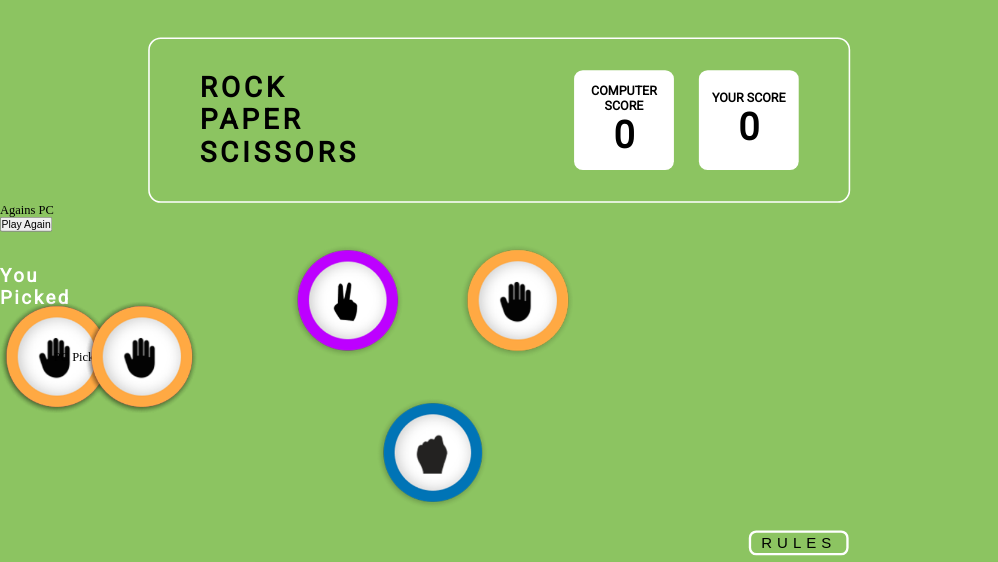
Repository: drumsmanku/Major-module-project-1
Page: index.html
These files come from the project's save history. The page is drawn as it stood at one moment and after the next save; the edit follows.
The browser window is 1280 px wide. The pictures show the whole page, at 78% of full size.

Above is the page before, as saved 2023-04-30 09:40:03.

### index.html
<!DOCTYPE html>
<html lang="en">
<head>
  <meta charset="UTF-8">
  <meta http-equiv="X-UA-Compatible" content="IE=edge">
  <meta name="viewport" content="width=device-width, initial-scale=1.0">
  <link rel="stylesheet" href="styles.css">
  <title>Module Project 1 </title>
</head>
<body>
  <div class="main-container">
    <div class="first-container">
      <div class="text">
        <h1>ROCK PAPER SCISSORS</h1>
      </div>
      <div class="two-boxes">
        <div class="computer-score">
          <h4>COMPUTER SCORE</h4>
          <h1>0</h1>
        </div>
        <div class="your-score">
          <h4>YOUR SCORE</h4>
          <h1>0</h1>
        </div>
      </div>

    </div>

    <div class="second-main-container">
      <div class="second-main-main-first-container ">
        <div class="second-first-main-container">
          <div class="two-buttons">
            <button class="btn-2"><img src="2.png" alt=""></button>
            <button class="btn-3"><img src="3.png" alt=""></button>
          </div>
          <button class="btn-1"> <img src="1.png" alt=""></button>
        </div>
        <div class="second-second-main-container">
          <div class="img-container">
            <img id="rules-img" src="4.png" alt="">
            <button id="my-btn">
              <p>X</p><img src="x.png" alt="">
            </button>
          </div>
        </div>

      </div>
       <div class="second-main-main-second-conainer">
         <div class="images-div">
          <p>You Picked</p>
          <img src="1.png" alt="">
          <img src="2.png" alt="">
          <img src="3.png" alt="">
        </div>
        <div class="who-won">
          <p class="won"></p>
          <p>Agains PC</p>
          <button class="play-again">Play Again</button>
        </div>
        <div class="images-div-for-pc">
          <p>PC Picked</p>
          <img src="1.png" alt="">
          <img src="2.png" alt="">
          <img src="3.png" alt="">
        </div>

       </div>
    </div>
    <div class="bottom-btn"><button id="rule-btn">RULES</button></div>

  </div>

  <script src="script.js"></script>
</body>
</html>

### styles.css
@import url('https://fonts.googleapis.com/css2?family=Roboto&display=swap');

*{
  padding: 0;
  margin: 0;
}

body{
  background-color: #8CC461;
}
.main-container{
  display: flex;
  flex-direction: column;
  align-items: center;
}
.first-container{
  height: 5rem;
  width: 60vw;
  border: 2px solid white;
  background: none;
  border-radius: 1rem;
  padding: 4rem;
  display: flex;
  flex-direction: row;
  align-items: center;
  justify-content: space-between;
  margin-top: 3rem;
}
.text{
  height: inherit;
  width: 20%;
  display: flex;
  flex-wrap: wrap;
  flex-direction: column;
  font-family: 'Roboto';
  letter-spacing: 0.3rem;
  font-size: large;
  justify-content: center;
  align-items: center;
}

.computer-score{
  display: flex;
  flex-direction: column;
  height: 8rem;
  width: 8rem;
  flex-wrap: wrap;
  font-family: 'Roboto';
  justify-content: center;
  align-items: center;
  background-color: white;
  text-align: center;
  border-radius: 0.7rem;
}
.computer-score>h1{
  font-weight: 800;
  font-size: 3rem;
}
.your-score{
  display: flex;
  flex-direction: column;
  height: 8rem;
  width: 8rem;
  flex-wrap: wrap;
  font-family: 'Roboto';
  justify-content: center;
  align-items: center;
  background-color: white;
  text-align: center;
  border-radius: 0.7rem;
  margin-left: 2rem;
}
.your-score>h1{
  font-weight: 800;
  font-size: 3rem;
}
.two-boxes{
  display: flex;
  flex-direction: row;
  justify-content: space-between;
}
.second-main-container{
  position: relative;
  width: 100vw;
}
.second-main-main-first-container{
  display: flex;
  flex-direction: row;
  justify-content: flex-end;
  width: 100vw;

}
.hide{
  display: none;
}
.second-first-main-container{
  display: flex;
  flex-direction: column;
  justify-content: flex-end;
  align-items: center;
  height: 55vh;
  width: 40vw;
}
.two-buttons{
  width: inherit;
  display: flex;
  flex-direction: row;
  justify-content: space-evenly;
  margin-bottom: 3rem;
}
.btn-1{
  background: none;
  border:none;
  cursor: pointer;
}
.btn-2{
  background: none;
  border:none;
  cursor: pointer;
}
.btn-3{
  background: none;
  border:none;
  cursor: pointer;
}
.second-first-main-container img{
  width: 9rem;
}

.second-second-main-container{
  display: flex;
  align-items: flex-end;
  margin-right: 12rem;
}
.second-second-main-container .img-container button{
  background: none;
  border: none;
  cursor: pointer;
  z-index: 999;
  position: absolute;
  top: -10%;
  left: 90%;
  bottom: 21rem;
  text-align: center;
  font-size:3.2rem;
  font-weight: bolder;
}
.second-second-main-container .img-container button>p{
  position: absolute;
  margin-left: 0.9rem;

  color: aliceblue;
  font-family: 'Roboto';
}
.img-container{
  position: relative;
  display: inline-block;
}
#rules-img, #my-btn{
  transform: scale(0);
}
#rules-img.appear{
  animation: open 0.4s ease-in-out forwards;
  transform-origin: top right;
}
#my-btn.appear{
  animation: open 0.1s ease-in-out 0.3s forwards;

}
#rules-img.disappear{
  animation: close 0.4s ease-in-out forwards;
  transform-origin: top right;
}
#my-btn.disappear{
  animation:close 0.1s ease-in-out 0.3s forwards;
}
@keyframes open{
  from{
    transform: scale(0);
  }
  to{
    transform: scale(1);
  }
}
@keyframes close{
  from{
    transform: scale(1);
  }
  to{
    transform: scale(0);
  }
}

#rule-btn{
  background: none;
  border: 3px solid white;
  border-radius: 0.6rem;
  height: 2rem;
  width: 8rem;
  font-size:1.2rem;
  letter-spacing: 0.4rem;
  cursor: pointer;
}
.bottom-btn{
  width: 100vw;
  display: flex;
  justify-content: flex-end;
  margin-top: 1.5rem;

}
.bottom-btn button{
  margin-right: 12rem;
}

.images-div{
  position: relative;
  display: flex;
  justify-content: center;
  align-items: center;
  height: 55vh;
  /* width: 100vw; */
}
.images-div img{
  position: absolute;
  left: 30%;
  width: 9rem;

}
.images-div p{
  position: absolute;
  left: 30%;
  top: 5rem;
  letter-spacing: 0.2rem;
  color: white;
  font-size: x-large;
  font-weight: bold;
  font-family: 'Roboto';
}
.images-div-for-pc{
  position: relative;
  display: flex;
  justify-content: center;
  align-items: center;
  height: 55vh;
}
.images-div-for-pc img{
  position: absolute;
  left: 60%;
  width: 9rem;
}
.second-main-main-second-conainer{
  position: absolute;
  top: 0;
  width: inherit;
  display: flex;
  flex-direction: row;
}

### script.js
const myimg=document.querySelector("#rules-img");
const closebtn=document.querySelector("#my-btn");
const ruleOpen=document.querySelector("#rule-btn");

ruleOpen.addEventListener("click", ()=>{
  myimg.classList.add("appear");
  closebtn.classList.add("appear");
  myimg.classList.remove("disappear");
  closebtn.classList.remove("disappear");
});
closebtn.addEventListener("click", ()=>{
  myimg.classList.add("disappear");
  closebtn.classList.add("disappear");
  myimg.classList.remove("appear");
  closebtn.classList.remove("appear");
});

After the next save:
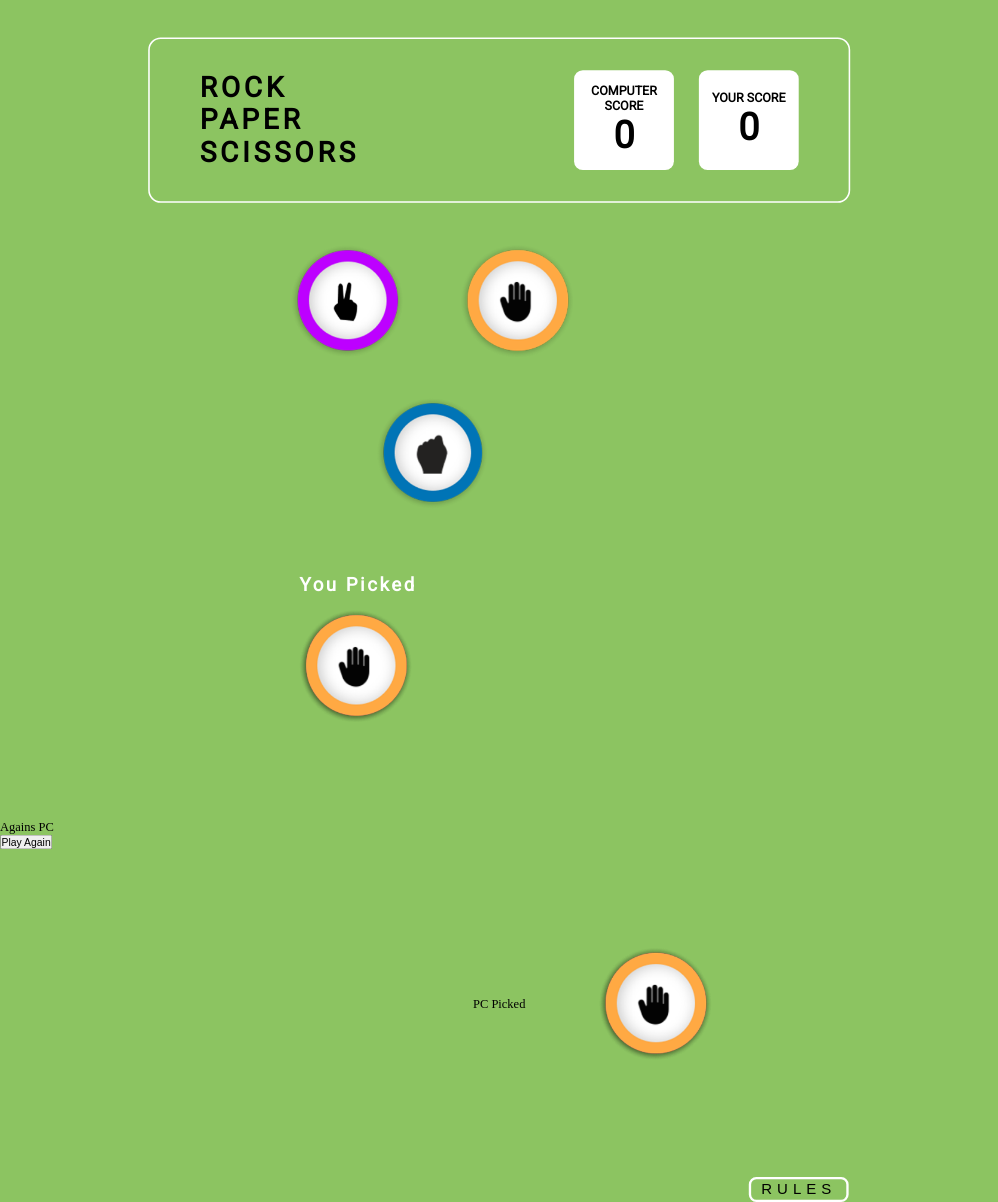
Saved 27 s later.
--- a/styles.css
+++ b/styles.css
@@ -248,10 +248,10 @@
   left: 60%;
   width: 9rem;
 }
-.second-main-main-second-conainer{
+/* .second-main-main-second-conainer{
   position: absolute;
   top: 0;
   width: inherit;
   display: flex;
   flex-direction: row;
-}
+} */

After the save that followed:
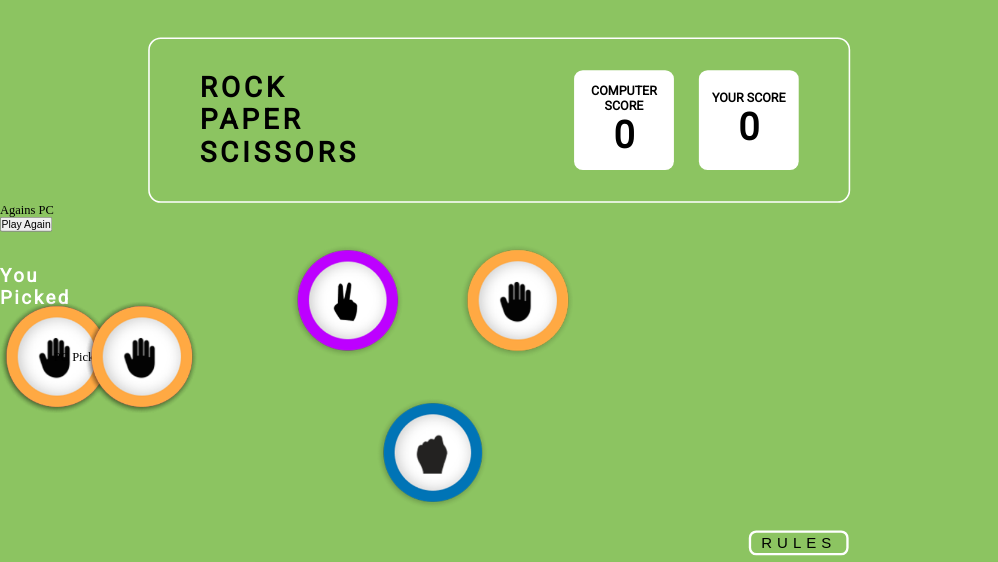
Saved 12 s later.
--- a/styles.css
+++ b/styles.css
@@ -248,10 +248,10 @@
   left: 60%;
   width: 9rem;
 }
-/* .second-main-main-second-conainer{
+.second-main-main-second-conainer{
   position: absolute;
   top: 0;
   width: inherit;
   display: flex;
   flex-direction: row;
-} */
+}
